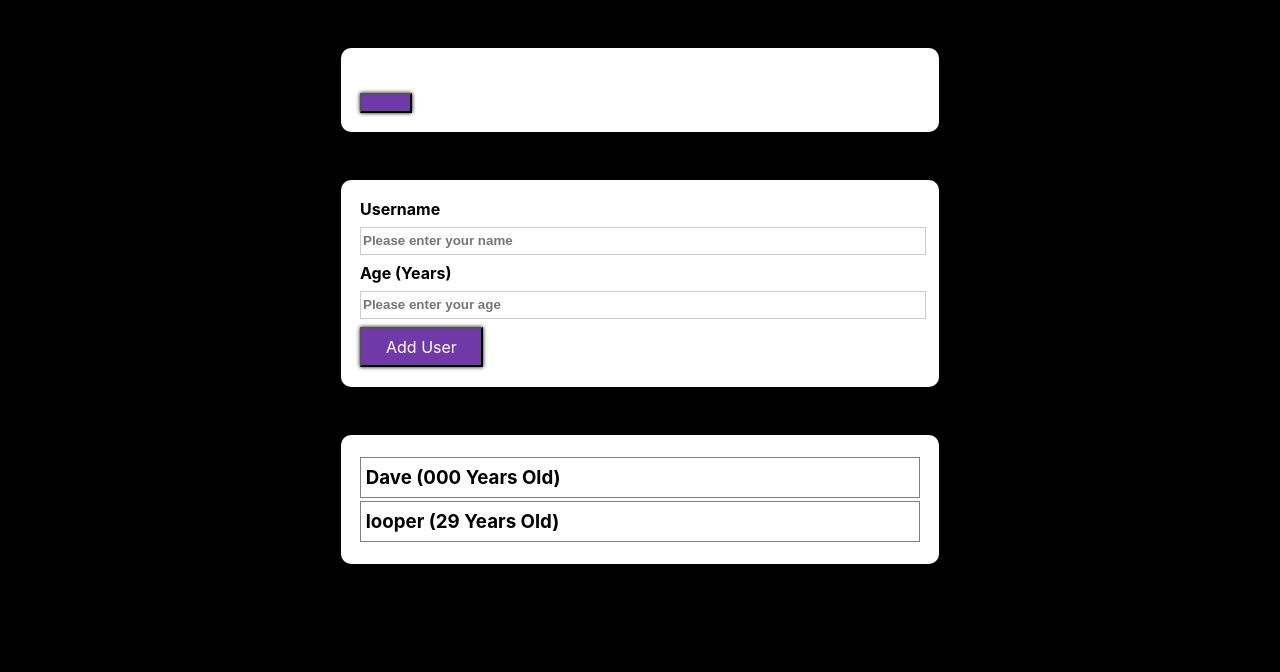
Repository: NamalPathirana/section-eight
Page: /
An editor plug-in stored every save of this project. The page is shown before and after the next save, followed by the edit.
The browser window is 1280 px wide. The pictures show the whole page.
The project was rebuilt for these pictures with package versions that can differ from the ones it lists, and the page was loaded fresh each time. Also part of the build but not shown: src/App.module.css, src/UI/ErrorModal/ErrorModal.module.css.

Above is the page before, as saved 2021-12-04 13:47:10.

### src/index.css
body {
  margin: 0;
  padding: 0%;
  height: 100%;
  width: 100%;
  display: flex;
  flex-direction: column;
  background-color: black;
  font-family: -apple-system, BlinkMacSystemFont, 'Segoe UI', 'Roboto', 'Oxygen',
    'Ubuntu', 'Cantarell', 'Fira Sans', 'Droid Sans', 'Helvetica Neue',
    sans-serif;
  -webkit-font-smoothing: antialiased;
  -moz-osx-font-smoothing: grayscale;
}

code {
  font-family: source-code-pro, Menlo, Monaco, Consolas, 'Courier New',
    monospace;
}

### src/App.js
import styles from "./App.module.css";
import react, { useState } from "react";
import UserInput from "./Components/UserInput/UserInput";
import UserList from "./Components/UserList/UserList";
import Card from "./UI/Card/Card";

function App() {
  const [listOfEntries, SetListOfEntries] = useState([
    { key: 0, name: "Dave", age: "000" },
    { key: 1, name: "looper", age: "29" },
  ]);

  const UserEntryCallbackHandler = (props) => {
    SetListOfEntries((prevListOfEntries) => {
      const tempList = [...prevListOfEntries];
      tempList.unshift({
        key: Math.random(),
        name: props.name,
        age: props.age,
      });
      return tempList;
    });
    console.log(listOfEntries);
  };

  const entryDeletionCallback = (entryKey) => {
    SetListOfEntries((perEntry) => {
      const updatedEntries = perEntry.filter((entry) => {
        return entry.key !== entryKey;
      });
      return updatedEntries;
    });
  };

  let UserInfoSegment = <Card><h3 className={styles.block}>No Entries Exists To Display</h3></Card>;

  if (listOfEntries.length > 0) {
    UserInfoSegment = (
      <UserList
        items={listOfEntries}
        deletionHandler={entryDeletionCallback}
      ></UserList>
    );
  }

  return (
    <div className="App">
      <section>
        <UserInput onUserEntry={UserEntryCallbackHandler}></UserInput>
      </section>
      <section>
      {UserInfoSegment}
      </section>
    </div>
  );
}

export default App;

### src/Components/UserInput/UserInput.js
import Button from "../../UI/Button/Button";
import styles from "./UserInput.module.css";
import { useState } from "react";
import Card from "../../UI/Card/Card";
import ErrorModal from "../../UI/ErrorModal/ErrorModal";

const UserInput = (props) => {
  const userEntry = { key: 0, name: "lol", age: "25" };

  const [username, SetUserName] = useState("");
  const [age, SetAge] = useState("");
  const [isValid, SetIsValid] = useState(true);

  const NameInputHandler = (props) => {
    SetUserName(props.target.value);

    if (props.target.value.length > 0) {
      SetIsValid(true);
    }
    // console.log('[UserInput.js / userName : ]'+username)
  };

  const AgeInputHandler = (props) => {
    SetAge(props.target.value);
    if (props.target.value.length > 0) {
      SetIsValid(true);
    }
    // console.log('[UserInput.js / userName : ]'+age);
  };

  const FormSubmitHandler = (event) => {
    event.preventDefault();

    if (username.length === 0) {
      SetIsValid(false);
      return;
    }
    if(+age<1){
        SetIsValid(false);
        return;
    }

    userEntry.key = Math.random();
    userEntry.name = username;
    userEntry.age = age;

    props.onUserEntry(userEntry);

    SetUserName("");
    SetAge("");
  };

  return (
    <div>
    <ErrorModal></ErrorModal>
    <Card>
      <form onSubmit={FormSubmitHandler}>
        <div className={styles.frame}>
          <label className={`${!isValid ? styles.inValid : ""}`}>
            Username
          </label>
          <input
            placeholder="Please enter your name"
            type="text"
            onChange={NameInputHandler}
            className={!isValid ? styles.inValid : ""}
            value={username}
          />
          <label className={`${!isValid ? styles.inValid : ""}`}>
            Age (Years)
          </label>
          <input
            placeholder="Please enter your age"
            type="number"
            max="120"
            maxLength="2"
            min="12"
            onChange={AgeInputHandler}
            value={age}
            className={`${!isValid ? styles.inValid : ""}`}
          />
          <Button name="Add User" type="submit"></Button>
        </div>
      </form>
    </Card>
    </div>
  );
};

export default UserInput;

### src/Components/UserList/UserList.js
import styles from './UserList.module.css';
import UserListItem from '../UserListItem/UserListItem'
import Card from '../../UI/Card/Card';


const UserList = (props) => {

    const listUserItems = props.items.map(row=>{
        return  <UserListItem key={row.key} name={row.name} age={row.age} clicked={()=>{props.deletionHandler(row.key)}}/>;
    });

    return(
        <Card>
        <div className={styles.frame}>
           {listUserItems}
        </div>
        </Card>
    );
}

export default UserList;

### src/UI/Card/Card.js
import styles from './Card.module.css';

const Card = (props) => {

    return (<div className={styles.card}>
        {props.children}
    </div>);

}

export default Card;

### src/UI/Button/Button.js
import styles from "./Button.module.css";

const Button = (props) => {
  return <button className={styles.button} type={props.type || 'button'}>{props.name}</button>;
};

export default Button;

### src/Components/UserInput/UserInput.module.css
.frame{

}

.frame input{
    display: block;
    font-weight: bold;
    border: 1px solid #ccc;
    line-height: 1.5rem;
    padding: 100 0.25rm;
    width: 100%;
    margin-bottom: 0.5rem;
}

.frame input:hover{
    border: 1px solid rgb(49, 45, 45);
}

label.inValid {
    color: red;
}

input.inValid {
    background-color: rgb(233, 161, 161);
    border: 1px solid red;
 }

.frame label{
    display: block;
    align-content: flex-start;
    font-weight: bold;
    margin-bottom: 0.5rem;
}

### src/UI/ErrorModal/ErrorModal.js
import styles from "./ErrorModal.module.css";
import Card from "../Card/Card";
import Button from "../Button/Button"

const ErrorModal = (props) => {
  return (
    <Card>
      <header>{props.title}</header>
      <h2>{props.message}</h2>
      <footer><Button>Close</Button></footer>
    </Card>
  );
};

export default ErrorModal;

### src/Components/UserList/UserList.module.css
.frame{

}

### src/Components/UserListItem/UserListItem.js
import styles from './UserListItem.module.css';


const UserListItem = (props) => {

    return(
        <div className={styles.list_item} onClick={props.clicked}>
            <h3>{props.name} ({props.age} Years Old)</h3>
        </div>
    );
}

export default UserListItem;

### src/UI/Card/Card.module.css
.card{
    margin: 0.5rem 0.5rem;
    padding: 1.2rem 1.2rem;
    width: 35rem;
    max-width: 90%;
    margin: 3rem auto;
    background-color: white;
    border-radius: 10px;
}

### src/UI/Button/Button.module.css
.button{
    font: inherit;
    padding: 0.5rem 1.5rem;
    background-color: rgb(112, 57, 168);
    color:white;
    box-shadow: 0 0 4px black;
    cursor: pointer;
    width: auto;
}

.button:focus{
    outline: none;
}

.button:hover,.button:active{
    background-color: rgb(185, 140, 231);
    border-color: rgb(185, 140, 231);
    box-shadow: 0 0 8px black;
}

### src/Components/UserListItem/UserListItem.module.css
.list_item{
    border: 1px solid gray;
    display: block;
    padding: 0.5rem 0.3rem;
    margin: 3px 0px;

}

.list_item:hover{
    background-color: antiquewhite;
}

.list_item:active{
    background-color: rgb(251, 199, 199);
}


.list_item h3{
    margin: 0px;
}

Loaded but not shown: public/index.html (common file); src/index.js (common file); src/reportWebVitals.js (common file)

After the next save:
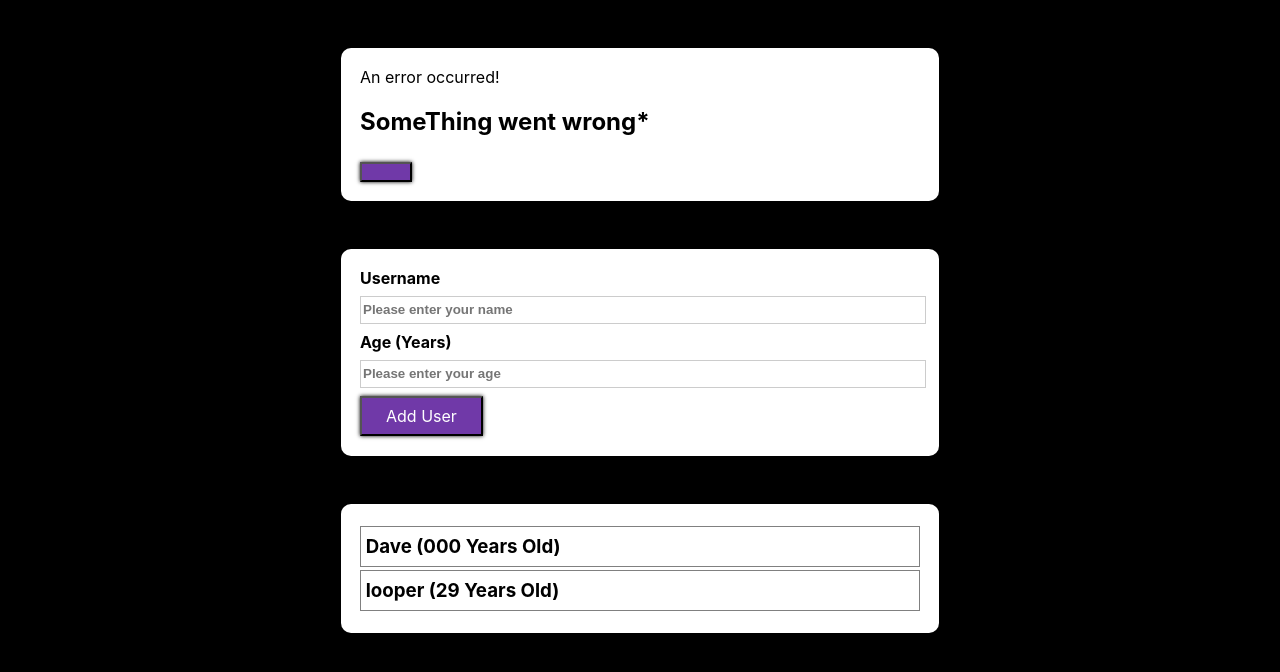
Saved 112 s later.
--- a/src/Components/UserInput/UserInput.js
+++ b/src/Components/UserInput/UserInput.js
@@ -52,7 +52,7 @@ const UserInput = (props) => {
 
   return (
     <div>
-    <ErrorModal></ErrorModal>
+    <ErrorModal title="An error occurred!" message='SomeThing went wrong*'></ErrorModal>
     <Card>
       <form onSubmit={FormSubmitHandler}>
         <div className={styles.frame}>
